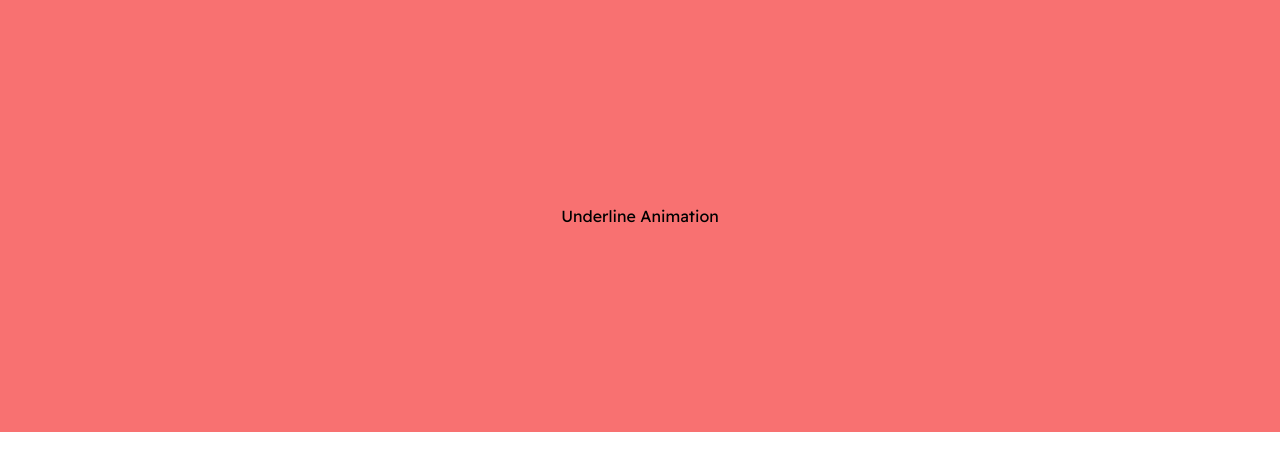
Repository: javals243/Reusable-component
Page: /
An editor plug-in stored every save of this project. The page is shown before and after the next save, followed by the edit.
The browser window is 1280 px wide. The pictures show the whole page.
The project was rebuilt for these pictures with package versions that can differ from the ones it lists, and the page was loaded fresh each time. The framework's server and built-in components were replaced by stand-ins that run in the browser. Also part of the build but not shown: next.config.js, components/MasonryLayout/MansonryLayout.tsx, components/ProductCard/ProductCard.tsx.

Above is the page before, as saved 2023-01-03 10:38:14.

### pages/index.tsx
import Head from 'next/head'
import Image from 'next/image'
import { Inter } from '@next/font/google'
import styles from '../styles/Home.module.css'
import { MansonryLayout, ProductCard, UnderlineAnimation } from '../components'


const inter = Inter({ subsets: ['latin'] })

export default function Home() {
  return (
    <>
    {/* <MansonryLayout/> */}
    {/* <ProductCard/> */}
    <UnderlineAnimation/>
    </>
  )
}

### styles/globals.css
@import url('https://fonts.googleapis.com/css2?family=Readex+Pro:wght@200;300;400;500;600&display=swap');
@layer base {
    body {
        font-family: 'Readex Pro', sans-serif;
    }
}

@tailwind base;
@tailwind components;
@tailwind utilities;
@layer components {
    .card {
        @apply bg-white text-gray-700 w-72 min-h-[10rem] shadow-lg rounded-md overflow-hidden
    }
    .badge {
        @apply px-3 py-1 rounded-full text-xs bg-gray-100
    }
    .product-title {
        @apply font-semibold text-2xl overflow-ellipsis overflow-hidden whitespace-nowrap
    }
    .discount-percent {
        @apply bg-green-400 px-1.5 py-0.5 rounded-md text-xs text-white
    }
    .button-primary{
      @apply bg-yellow-500/80 hover:bg-yellow-500/90 rounded-md px-6 py-2 text-white font-medium tracking-wide transition
    }

}

### components/index.ts
export * from "./MasonryLayout/MansonryLayout"
export * from "./ProductCard/ProductCard"
export * from "./UnderlineAnimation/UnderlineAnimation"

### components/UnderlineAnimation/UnderlineAnimation.tsx
import React from 'react'
import style from '../../styles/Home.module.css'

function UnderlineAnimation() {
  return (
    <div className="flex h-[60vh] bg-red-400  justify-center items-center">
      <a
        href=""
        className='underlineAnimation'

      >
        Underline Animation
      </a>
    </div>
  );
}

export  {UnderlineAnimation}

### tailwind.config.js
/** @type {import('tailwindcss').Config} */
module.exports = {
    content: [
        "./pages/**/*.{js,ts,jsx,tsx}",
        "./components/**/*.{js,ts,jsx,tsx}",
    ],
    theme: {
        extend: {},
    },
    plugins: [],
}

### styles/Home.module.css
.underlineAnimation {
    font-size: 50px;
    background: #000;
    text-decoration: none;
    position: relative;
    text-transform: uppercase;
    color: #000;
}

Loaded but not shown: pages/_app.tsx (common file); pages/_document.tsx (common file)

After the next save:
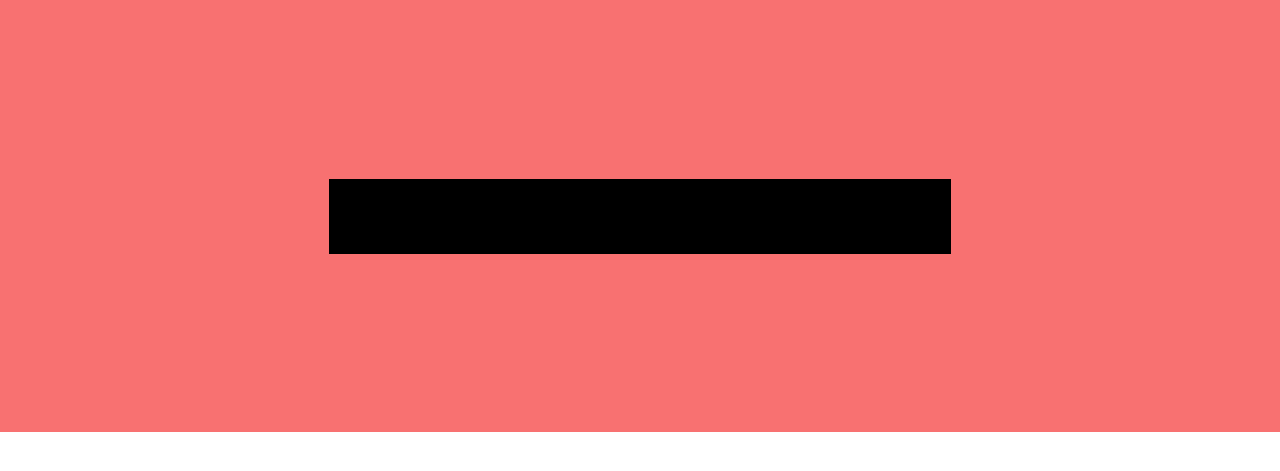
Saved 76 s later.
--- a/components/UnderlineAnimation/UnderlineAnimation.tsx
+++ b/components/UnderlineAnimation/UnderlineAnimation.tsx
@@ -1,14 +1,10 @@
 import React from 'react'
-import style from '../../styles/Home.module.css'
+import styles from '../../styles/Home.module.css'
 
 function UnderlineAnimation() {
   return (
     <div className="flex h-[60vh] bg-red-400  justify-center items-center">
-      <a
-        href=""
-        className='underlineAnimation'
-
-      >
+      <a href="" className={styles.underlineAnimation}>
         Underline Animation
       </a>
     </div>
